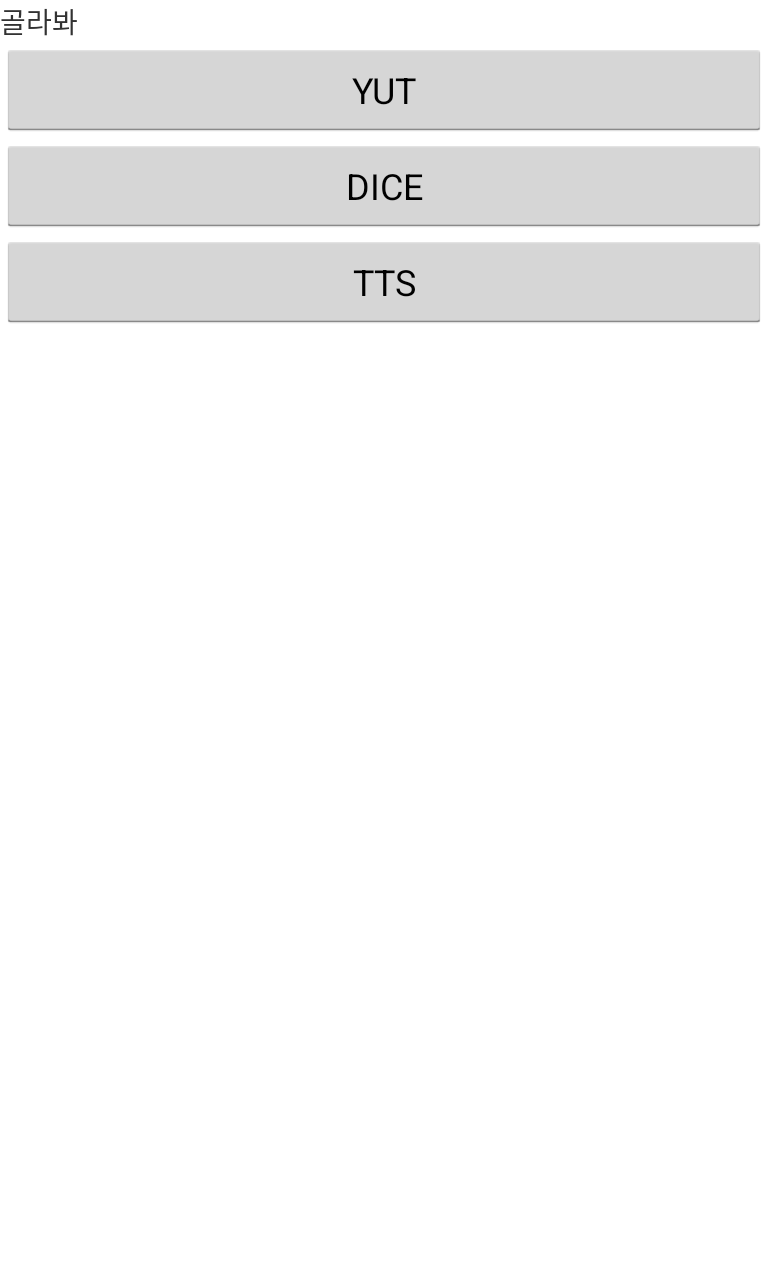
Repository: supremehappy/Android
Layout: TTS/res/layout/activity_main.xml
These files come from the project's save history. The layout is drawn as it stood at one moment and after the next save; the edit follows.
It is drawn on a 768 x 1280 px phone screen (xhdpi) without system bars, with theme AppTheme; the app's code is not run.

Above is the layout before, as saved 2017-08-29 06:29:56.

### TTS/res/layout/activity_main.xml
<LinearLayout xmlns:android="http://schemas.android.com/apk/res/android"
    xmlns:tools="http://schemas.android.com/tools"
    android:id="@+id/LinearLayout1"
    android:layout_width="match_parent"
    android:layout_height="match_parent"
    android:orientation="vertical"
    tools:context="${relativePackage}.${activityClass}" >

    <TextView
        android:layout_width="wrap_content"
        android:layout_height="wrap_content"
        android:text="골라봐" />

    <Button
        android:id="@+id/btn_yut"
        android:layout_width="fill_parent"
        android:layout_height="wrap_content"
        android:text="YUT" />

    <Button
        android:id="@+id/btn_dice"
        android:layout_width="fill_parent"
        android:layout_height="wrap_content"
        android:text="DICE" />

    <Button
        android:id="@+id/btn_tts"
        android:layout_width="fill_parent"
        android:layout_height="wrap_content"
        android:text="TTS" />

</LinearLayout>

Loaded but not shown: TTS/res/values/styles.xml (common file); TTS/res/values-v11/styles.xml (common file); TTS/res/values-v14/styles.xml (common file)

After the next save:
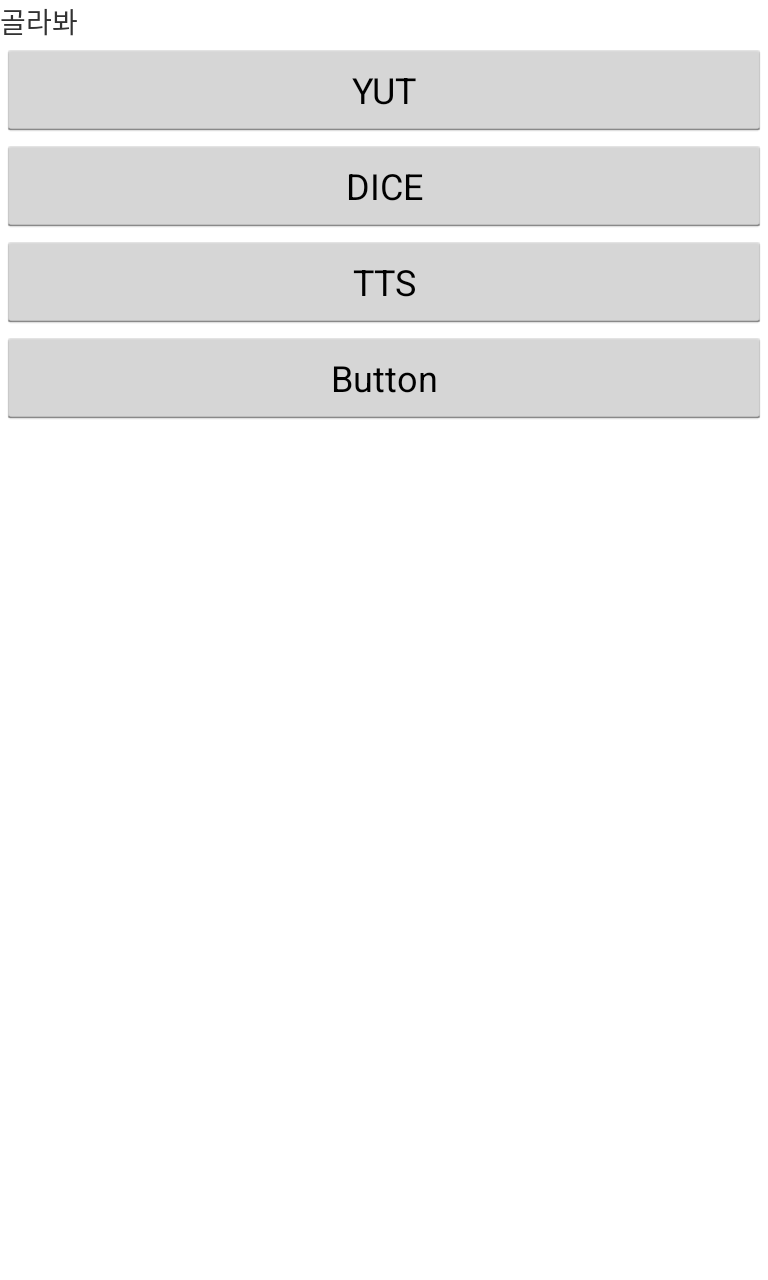
Saved 38 s later.
--- a/TTS/res/layout/activity_main.xml
+++ b/TTS/res/layout/activity_main.xml
@@ -29,4 +29,10 @@
         android:layout_height="wrap_content"
         android:text="TTS" />
 
+    <Button
+        android:id="@+id/btn_edit2"
+        android:layout_width="fill_parent"
+        android:layout_height="wrap_content"
+        android:text="Button" />
+
 </LinearLayout>
